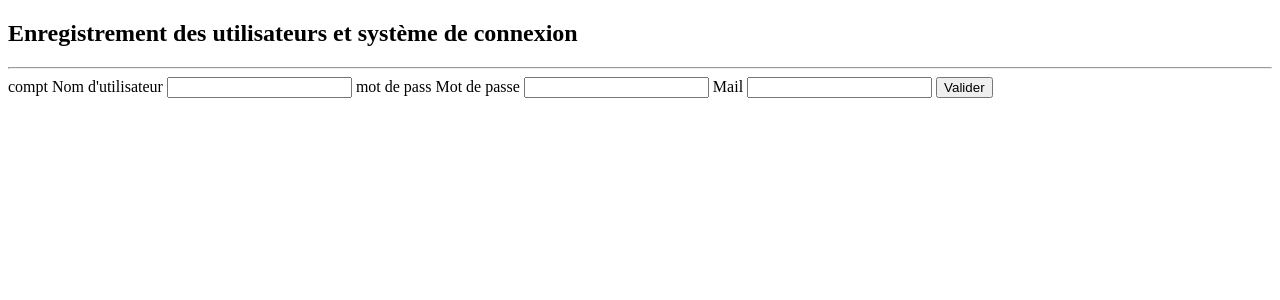
Repository: clairedupuich/serv_drone
Page: http://localhost/test.php
An editor plug-in stored every save of this project. The page is shown before and after the next save, followed by the edit.
The browser window is 1280 px wide. The pictures show the whole page.
The page is run by PHP 8.4 with error messages shown; the project is at /var/www/html/.

Above is the page before, as saved 2021-06-01 20:34:33.

After the next save:
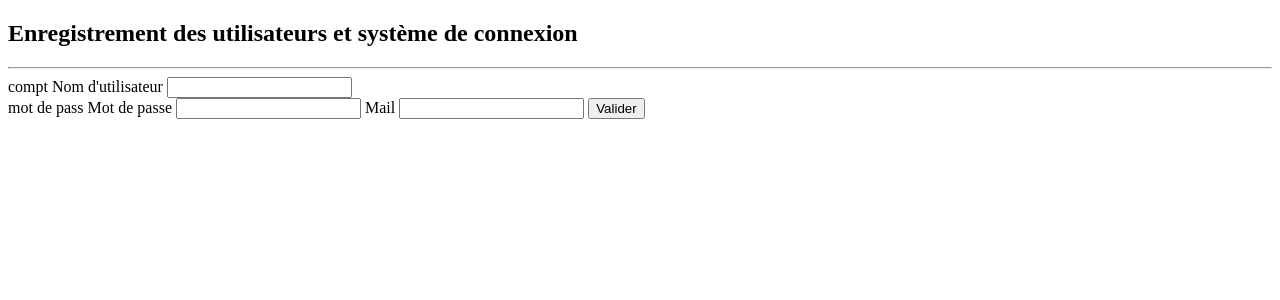
Saved 64 s later.
--- a/test.php
+++ b/test.php
@@ -60,7 +60,7 @@
 
                 compt
                 <label for="pseudo">Nom d'utilisateur</label>
-                <input type="text" id ="pseudo" name="username">
+                <input type="text" id ="pseudo" name="username"><br>
 
                 mot de pass
                 <label for="pwd">Mot de passe</label>
